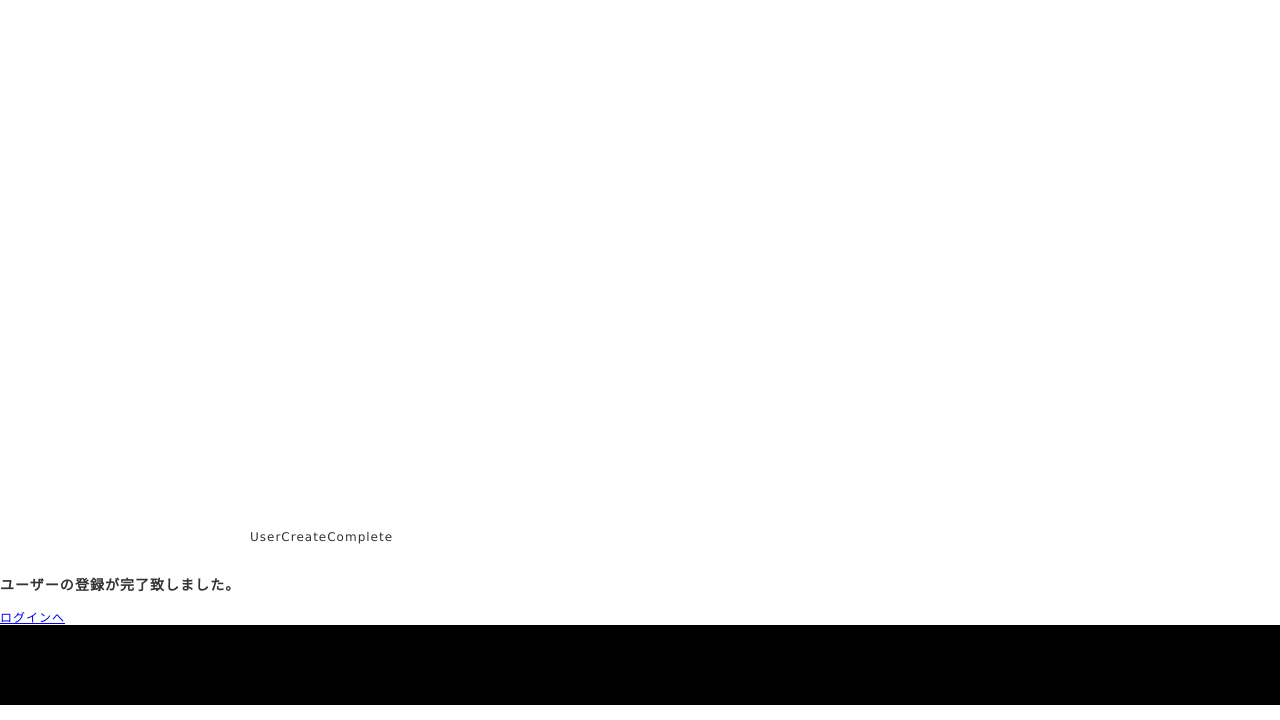
Repository: 3103senoomizho/test
Page: http://localhost/template/userCreateComplete.jsp
These files come from the project's save history. The page is drawn as it stood at one moment and after the next save; the edit follows.
The browser window is 1280 px wide. The pictures show the whole page.
The page is served by Tomcat 9.

Above is the page before, as saved 2018-03-19 02:42:23.

After the next save:
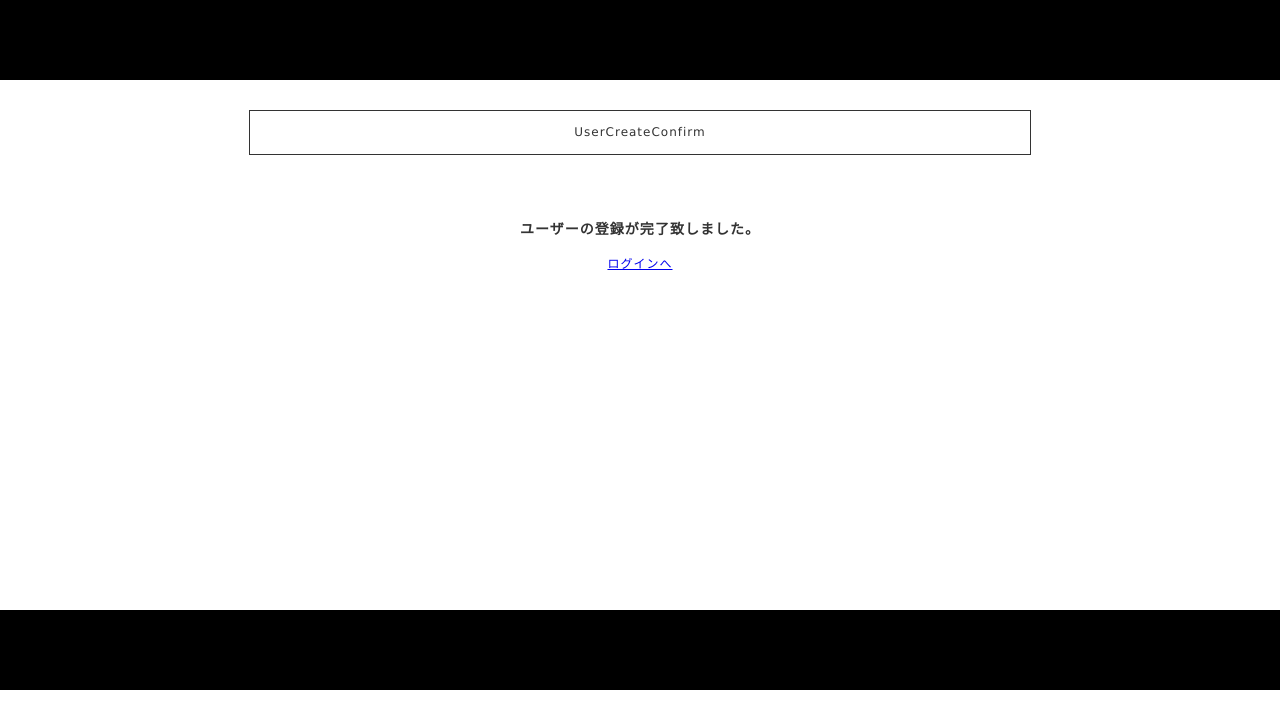
Saved 8 min 6 s later.
--- a/template/WebContent/userCreateComplete.jsp
+++ b/template/WebContent/userCreateComplete.jsp
@@ -4,12 +4,14 @@
 <!DOCTYPE html>
 <html>
 <head>
-<meta http-equiv="Content-Type" content="text/html; charset=UTF-8">
+<meta charset="utf-8">
+<meta http-equiv="Content-Type" content="text/html; charset=UTF-8"/>
 <meta http-equiv="Content-Style-Type" content="text/css"/>
 <meta http-equiv="Content-Script-Type" content="text/javascript"/>
 <meta http-equiv="imagetoolbar" content="no"/>
 <meta name="description" content=""/>
 <meta name="keywords" content=""/>
+<meta charset="utf-8">
 <title>UserCreateComplete画面</title>
 
 <style type="text/css">
@@ -17,7 +19,7 @@
     body{
       margin:0;
       padding:0;
-      line-height:1,6;
+      line-height:1.6;
       letter-spacing:1px;
       font-family:Verdana,Helvetica,sans-serif;
       font-size:12px;
@@ -33,14 +35,19 @@
    #top{
       width:780px;
       margin:30px auto;
-      border:1px silid #333;
+      border:1px solid #333;
    }
 
    #header{
       width:100%;
-      height:500px;
-      text-align:center;
+      height:80px;
+      background-color:black;
    }
+   #main{
+     width:100%;
+     height:500px;
+     text-align:center;
+     }
    #footer{
       width:100%;
       height:80px;
@@ -57,9 +64,9 @@
      </div>
      <div id="main">
              <div id="top">
-                      <p>UserCreateComplete</p>
+                      <p>UserCreateConfirm</p>
              </div>
-             <div>
+             <div><br>
                       <h3>ユーザーの登録が完了致しました。</h3>
                       <div>
                             <a href='<s:url action="HomeAction"/>'>ログインへ</a>
